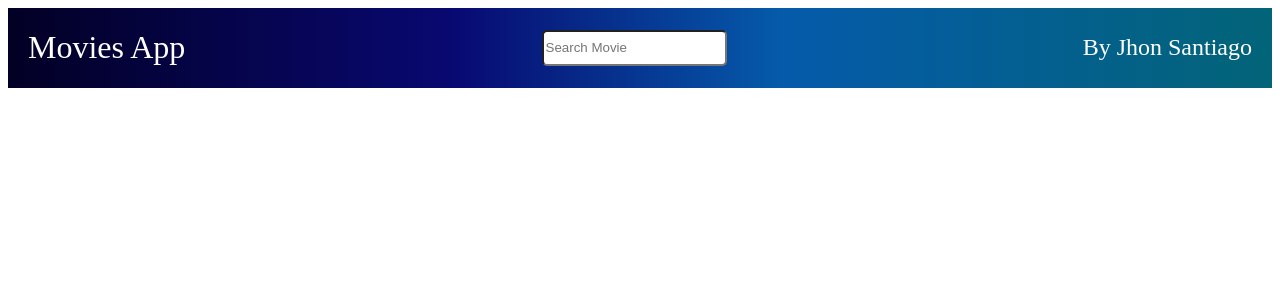
Repository: jhonenmanuel1/movies-get-info-fetch
Page: /
An editor plug-in stored every save of this project. The page is shown before and after the next save, followed by the edit.
The browser window is 1280 px wide. The pictures show the whole page.
The page's requests for data from a server got no answer. The project was rebuilt for these pictures with package versions that can differ from the ones it lists, and the page was loaded fresh each time. No one was signed in, and anything a server would have sent is missing. Also part of the build but not shown: src/App.css.

Above is the page before, as saved 2022-06-15 22:40:35.

### src/App.js
import { useEffect, useState } from "react";
import logo from "./logo.svg";
import "./App.css";
import MoviesCard from "./components/moviescard";
import SearchBox from "./components/searchbox";
import MovieHeader from "./components/MovieHeader";

function App() {
  const [movies, setMovies] = useState([]);
  const [searchItem, setSearchItem]= useState('');

  const getMovie = async () => {
    const API = `http://www.omdbapi.com/?s=${searchItem}&apikey=7088e24d`;

    const response = await fetch(API);
    const responseJson = await response.json();
    console.log(searchItem)

    if(responseJson.Search){
      setMovies(responseJson.Search)

    }



  };
  getMovie();

  useEffect(() => {
    getMovie();

  }, [searchItem]);

  return (
    <>
    <div>
      <MovieHeader searchItem={searchItem} setSearchItem={setSearchItem}/>

    </div>
    <div>
    <MoviesCard  movies={movies} />

    </div>

    </>
  );
}

export default App;

### src/components/moviescard.js

export default function MoviesCard(props){
    return (
        <>
            {
                props.movies.map( (movie, index) =><div>
                    <img key={index} src={movie.Poster}></img>
                </div>)
            }
        </>
    )

}

### src/components/searchbox.js
import "../styles/searchbox.css";


export default function SearchBox(props){
    return<>
        <input
        className="search-input"
        value={props.value}
        onChange={(event)=> props.setSearchItem(event.target.value)}
         placeholder="Search Movie"></input>
    </>
}

### src/components/MovieHeader.js
import React from "react";
import SearchBox from "./searchbox";
import '../styles/MovieHeader.css'
export default function MovieHeader(props) {
  return (
    < >
      <div className="container-header">
      <div className="wraper-header">
      <h1 className="text-title">Movies App</h1>
        <SearchBox
          searchItem={props.searchItem}
          setSearchItem={props.setSearchItem}
        />
        <h2 className="text-title">By Jhon Santiago</h2>

      </div>

      </div>
    </>
  );
}

### src/styles/searchbox.css
.search-input {
    border-radius: 5px;
    height: 30px;
}

### src/styles/MovieHeader.css
.container-header {
  background: rgb(2, 0, 36);
  background: linear-gradient(
    90deg,
    rgba(2, 0, 36, 1) 0%,
    rgba(8, 8, 113, 1) 35%,
    rgba(5, 90, 170, 1) 61%,
    rgba(2, 100, 120, 1) 100%
  );
}
.wraper-header {
  color: white;
  display: flex;
  align-items: center;
  justify-content: center;
  justify-content: space-between;
  margin-right: 20px;
  margin-left: 20px;
}
.text-title {
    text-decoration: none;
    font-weight: normal;
}

Loaded but not shown: public/index.html (common file); src/index.js (common file)

After the next save:
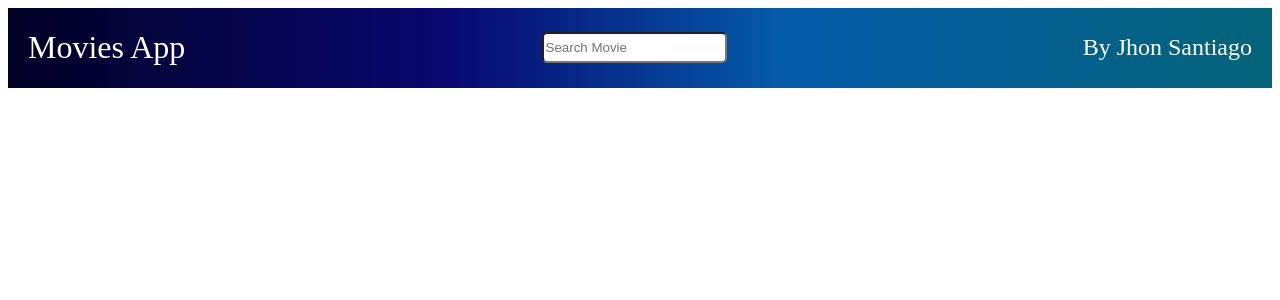
Saved 5 s later.
--- a/src/styles/searchbox.css
+++ b/src/styles/searchbox.css
@@ -1,4 +1,4 @@
 .search-input {
     border-radius: 5px;
-    height: 30px;
+    height: 25px;
 }
